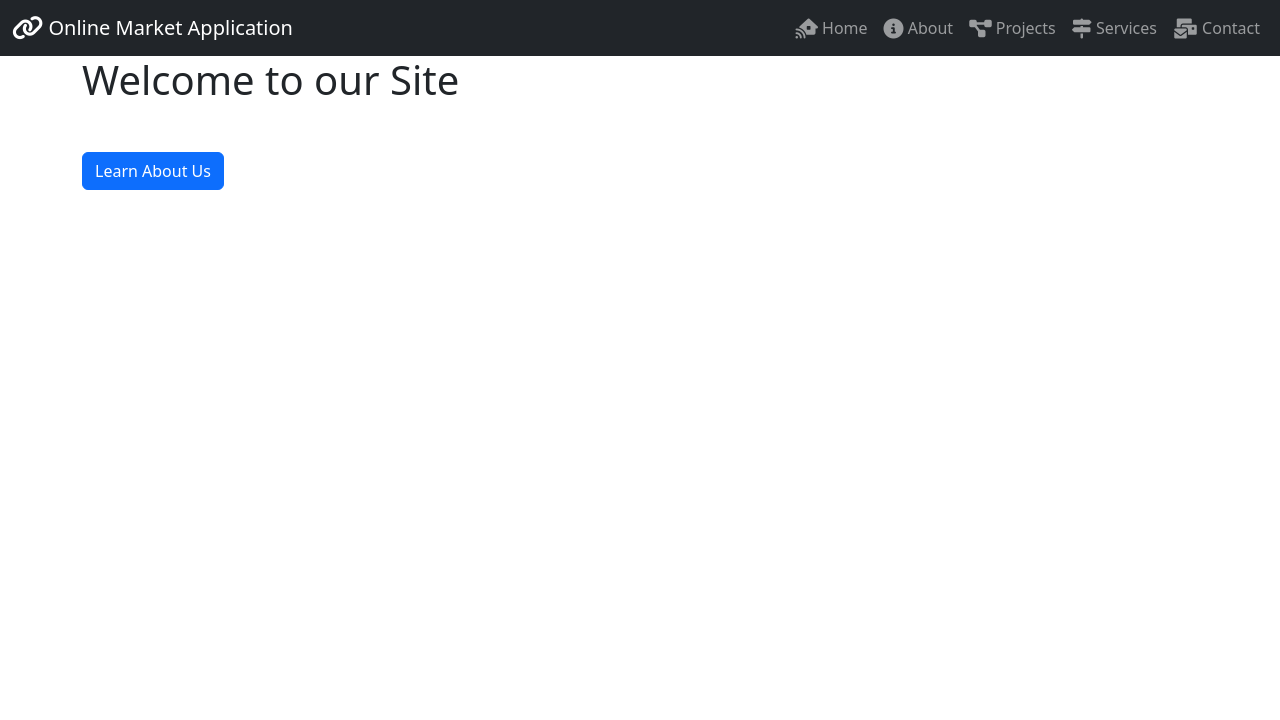
Repository: kdelacruz923/COMP229_Front_End
Page: /
The author's editor kept a copy of each file at every save. The page is drawn from the files as they stood at one save, then again after a run of saves.
The browser window is 1280 px wide. The pictures show the whole page.
The project was rebuilt for these pictures with package versions that can differ from the ones it lists, and the page was loaded fresh each time. Also part of the build but not shown: src/App.css.

Above is the page before, as saved 2023-10-27 19:00:02.

After the next 2 saves:
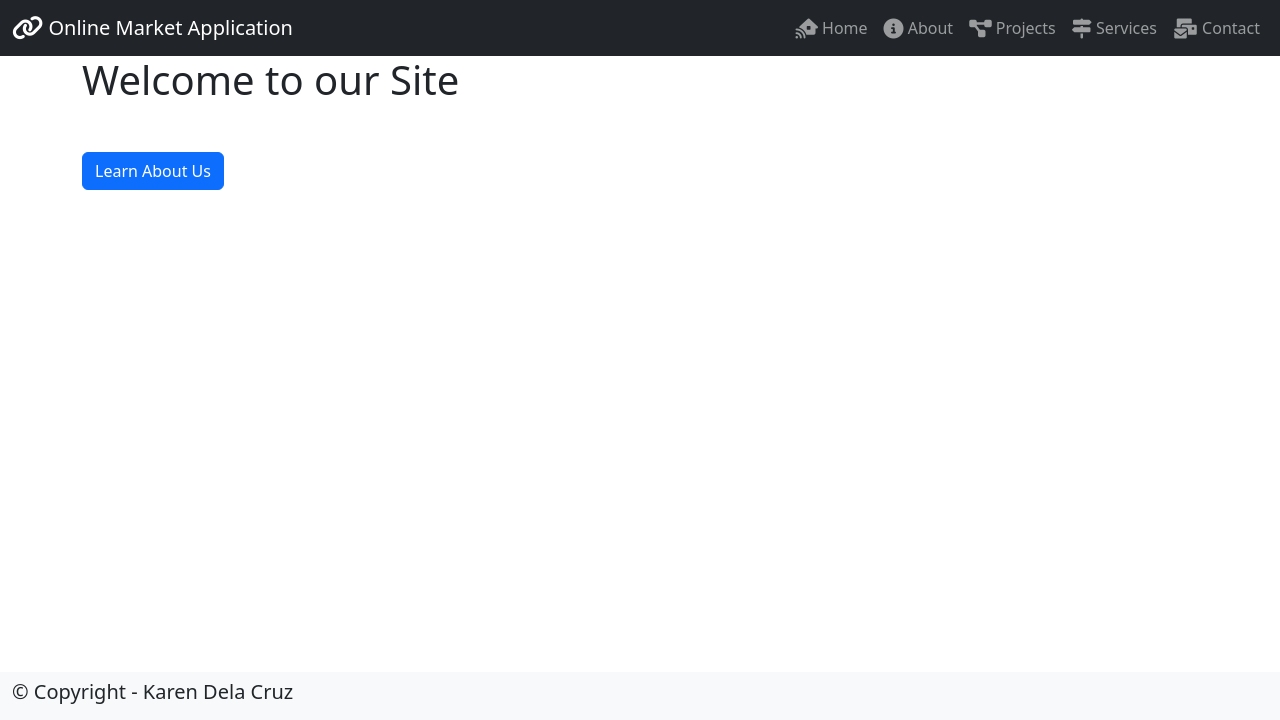
The 2 saves are shown as one change because they came seconds apart.
The last was saved 49 s later.
--- a/src/App.tsx
+++ b/src/App.tsx
@@ -13,6 +13,7 @@ import Home from './content/home';
 import 'bootstrap/dist/css/bootstrap.min.css';
 import '@fortawesome/fontawesome-free/css/all.min.css';
 import './App.css';
+import Footer from './components/footer';
 
 function App() {
   return (
@@ -26,6 +27,7 @@ function App() {
         <Route path="/home"  element={<Home />} />
       </Routes>
 
+     <Footer></Footer>
       </BrowserRouter>
     </div>
   );
